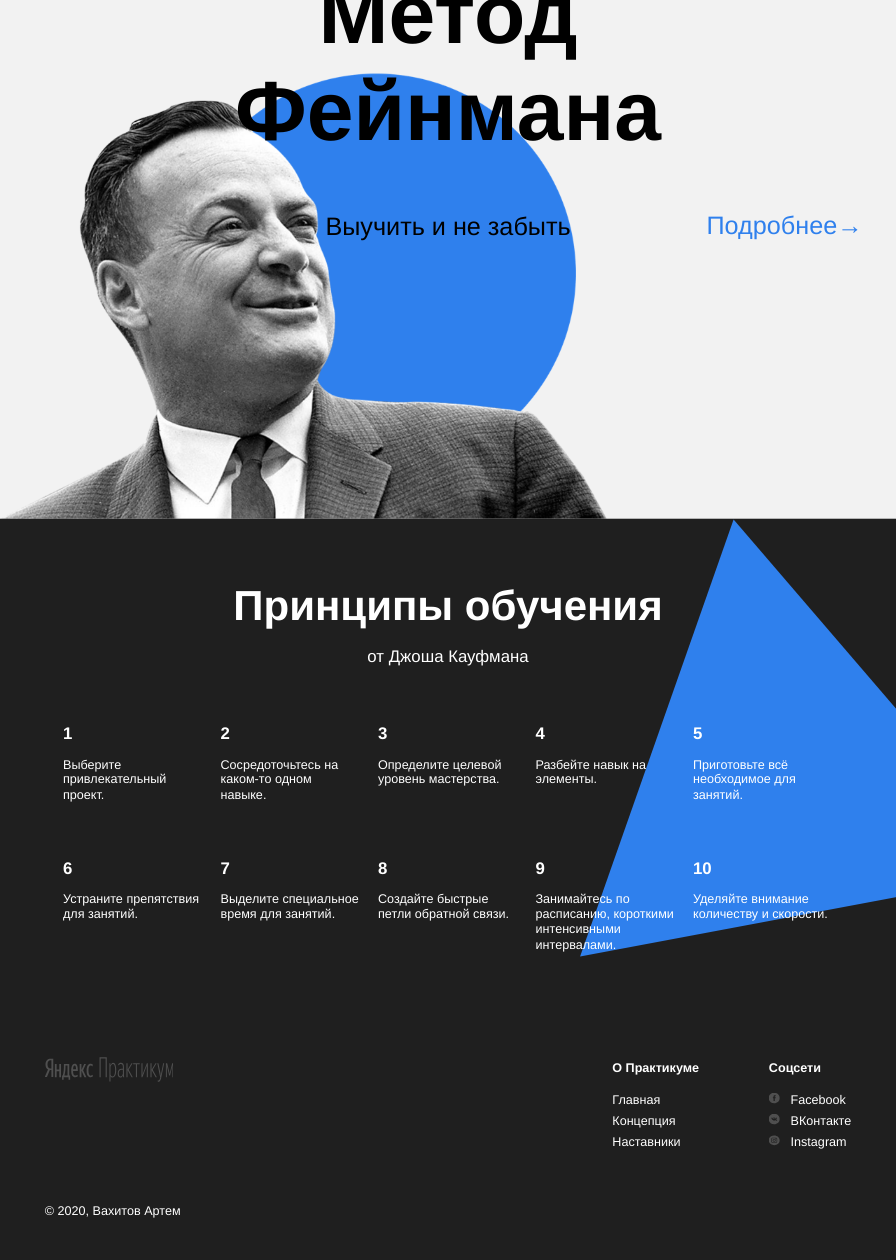
Repository: artemrgrs/how-to-learn
Page: index.html
The author's editor kept a copy of each file at every save. The page is drawn from the files as they stood at one save, then again after the next save.
The browser window is 1280 px wide. The pictures show the part of the page from y = 2120 to 4040 px (the page is 3920 px tall before and 4040 px after), at 70% of full size.

Above is the page before, as saved 2020-12-25 11:05:54.

After the next save:
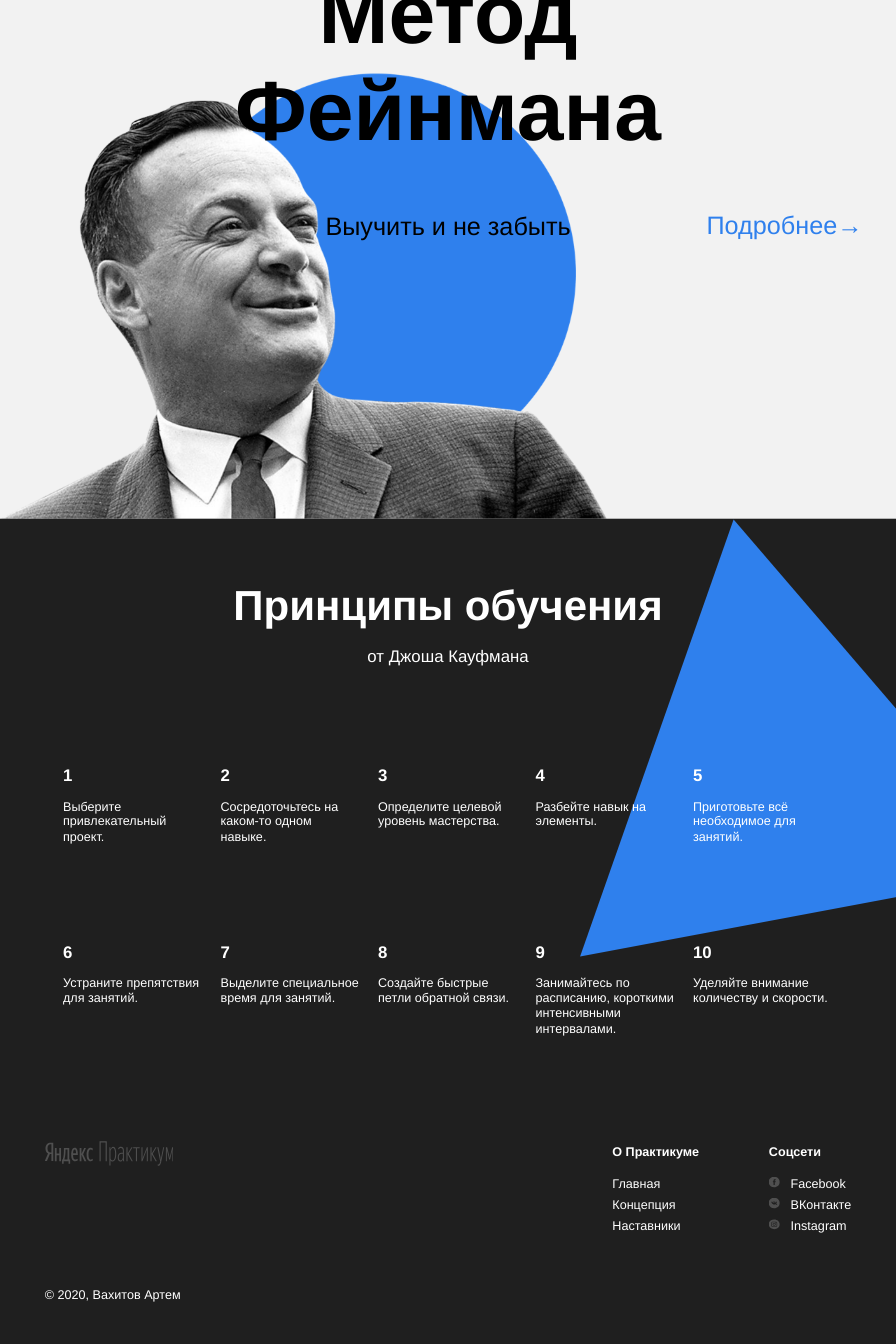
Saved 90 s later.
--- a/styles/style.css
+++ b/styles/style.css
@@ -169,16 +169,13 @@
 
 .table__cell {
   width: 250px;
+  padding-top: 60px;
 }
 
 .table__heading {
   line-height: 1.15;
   font-size: 24px;
   font-weight: bold;
-  padding-top: 60px;
-  padding-left: 0;
-  padding-right: 0;
-  padding-bottom: 0;
   margin: 0;
 }
 

After the save that followed:
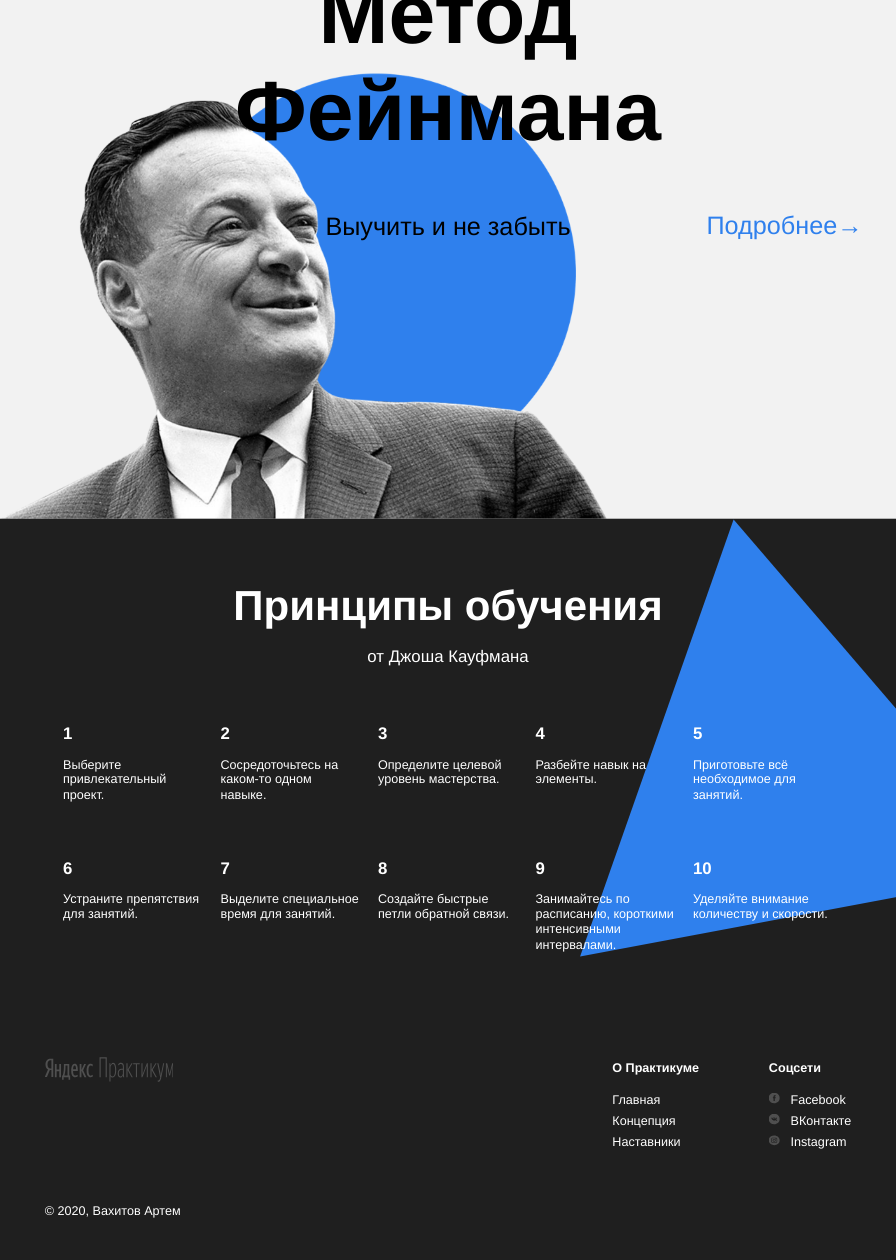
Saved 2 min 16 s later.
--- a/styles/style.css
+++ b/styles/style.css
@@ -264,8 +264,7 @@
 .table__cell_theme_dark {
   width: 200px;
   color: white;
-  margin-right: 0;
-  margin-top: 80px;
+  padding-top: 80px;
 }
 
 .table__heading_theme_dark {
